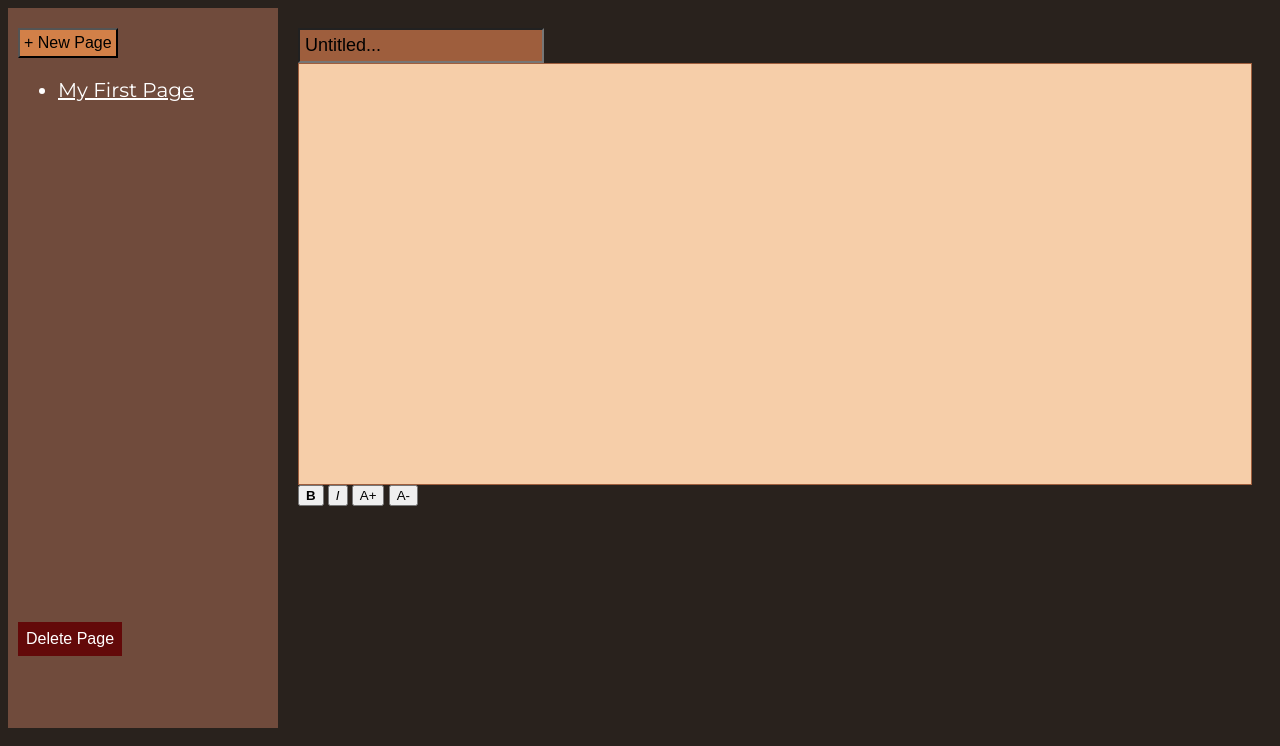
Repository: Dharshinimk-521/notes-app
Page: index.html
An editor plug-in stored every save of this project. The page is shown before and after the next save, followed by the edit.
The browser window is 1280 px wide. The pictures show the whole page.

Above is the page before, as saved 2026-04-18 22:36:28.

### index.html
<!DOCTYPE html>
<html lang="en">
    <head>
        <meta charset="UTF-8">
        <meta name="viewport" content="width=device-width, initial-scale=1.0">
        <title>Notes App</title>
        <link rel="stylesheet" href="style.css">
        <link rel="preconnect" href="https://fonts.googleapis.com">
        <link rel="preconnect" href="https://fonts.gstatic.com" crossorigin>
        <link href="https://fonts.googleapis.com/css2?family=Montserrat:ital,wght@0,100..900;1,100..900&display=swap" rel="stylesheet">
        <script src="app.js" defer></script>
    </head>
    <body>
    <div class="app">

        <aside class="sidebar">
        <button id="newPageBtn">+ New Page</button>
        <ul id="pageList"></ul>
        <button id="deletePageBtn"> Delete Page</button>
        </aside>

        <main class="editor">
            <input id="pageTitle" placeholder="Untitled..." />
            <div id="editorArea" contenteditable="true"></div>
            <div class="tool-bar">
                <button onclick ="formatText('bold')"><b>B</b></button>
                <button onclick ="formatText('italic')"><i>I</i></button>
                <button onclick ="changeFontSize(1)">A+</button>
                <button onclick ="chnageFontSize(-1)">A-</button>
            </div>
        </main>

    </div>


    </body>
</html>

### style.css
body{
    font-family:'Montserrat',sans-serif;
    background-color: #29221D;
}
.app {
  margin: 0;
  display: flex;
  height: 100vh;

}

.sidebar {
  width: 250px;
  background: #704B3C;
  padding: 10px;
}

.editor {
  flex: 1;
  padding: 20px;
}

#editorArea {
  min-height: 400px;
  background-color: #F6CEA9;
  border: 1px solid #9E5E3D;
  padding: 10px;
  font-size: 16px;
}
#newPageBtn{
 background-color: #D28048;
 padding: 4px;
 margin-top: 10px;
 cursor:pointer;
 font-size: 16px;
}
#pageTitle{
    padding:5px;
    background-color: #9E5E3D;
    color: black;
    font-size: 18px;
}
::placeholder{
    color:black;
    opacity: 1
}
#deletePageBtn {
    margin-top: 500px;
  margin-bottom: 90px;
  background: #630909;
  color: white;
  border: none;
  padding: 8px;
  cursor: pointer;
  font-size: 16px;
}
#pageList{
    text-decoration: underline;
    color:white;
    cursor: pointer;
    font-size: 20px;
}

### app.js
// Load pages from localStorage OR use default
let pages = JSON.parse(localStorage.getItem("pages")) || [
  {
    id: "123",
    title: "My First Page",
    content: "<p>Hello world</p>"
  }
];

let currentPageId = null;

// Save all pages
function savePages() {
  localStorage.setItem("pages", JSON.stringify(pages));
}

// Create new page
function createPage() {
  const newPage = {
    id: Date.now().toString(),
    title: "Untitled",
    content: ""
  };

  pages.push(newPage);
  savePages();
  renderPages();
  openPage(newPage.id);
}

// Render sidebar
function renderPages() {
  const pageList = document.getElementById("pageList");
  pageList.innerHTML = "";

  pages.forEach((page) => {
    const li = document.createElement("li");
    li.textContent = page.title;

    if (page.id === currentPageId) {
      li.style.background = "#ddd";

    }

    li.onclick = () => openPage(page.id);

    pageList.appendChild(li);
  });
}

// Open page
function openPage(id) {
    console.log("Opening page:", id);
  const page = pages.find(p => p.id === id);
  currentPageId = id;

  if (!page) return;

  document.getElementById("pageTitle").value = page.title;
  document.getElementById("editorArea").innerHTML = page.content;
}

// Auto save current page
function saveCurrentPage() {
  const page = pages.find(p => p.id === currentPageId);
  if (!page) return;

  page.title = document.getElementById("pageTitle").value;
  page.content = document.getElementById("editorArea").innerHTML;

  savePages();
}
//del func
function deleteCurrentPage() {
  if (!currentPageId) return;

  const confirmDelete = confirm("Delete this page?");
  if (!confirmDelete) return;

  pages = pages.filter(p => p.id !== currentPageId);

  savePages();
  renderPages();

  if (pages.length > 0) {
    openPage(pages[0].id);
  } else {
    currentPageId = null;
    document.getElementById("pageTitle").value = "";
    document.getElementById("editorArea").innerHTML = "";
  }
}
// Event listeners
document.getElementById("newPageBtn").onclick = createPage;
document.getElementById("editorArea").addEventListener("input", saveCurrentPage);
document.getElementById("pageTitle").addEventListener("input", saveCurrentPage);
document.getElementById("deletePageBtn").onclick = deleteCurrentPage;
// Initial render
renderPages();

After the next save:
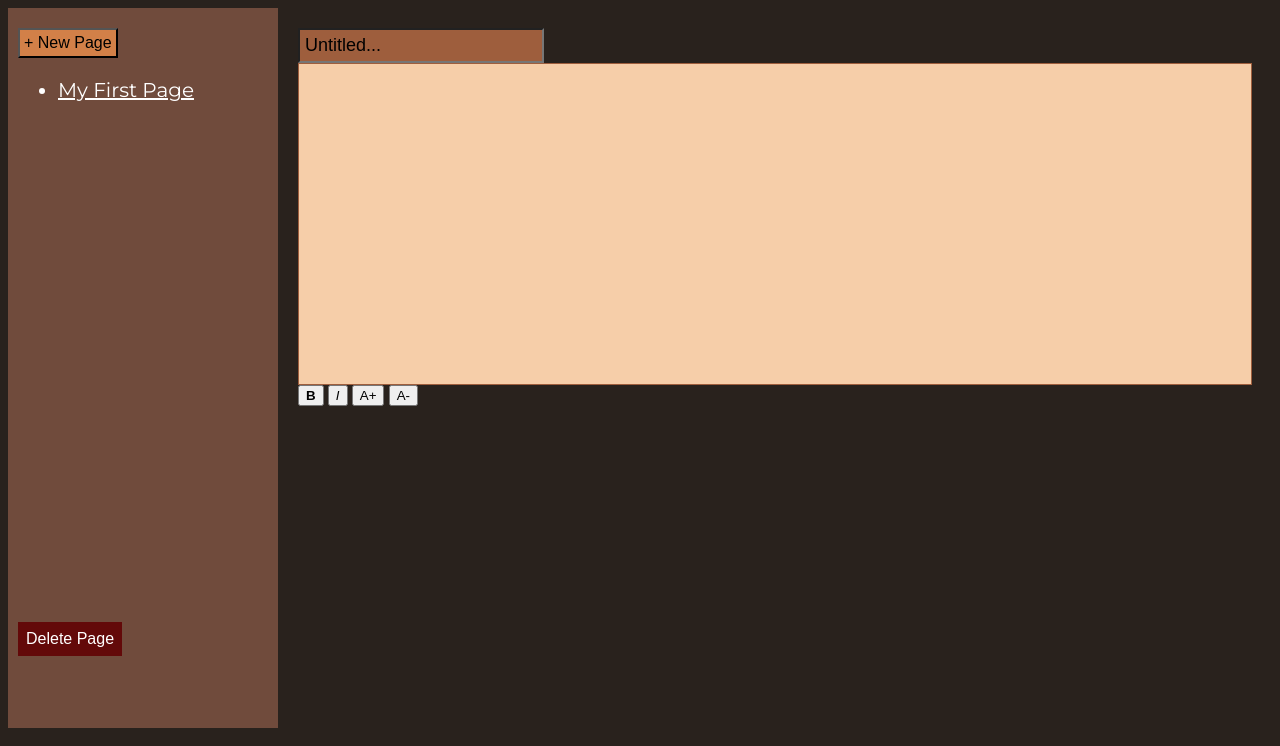
Saved 18 s later.
--- a/style.css
+++ b/style.css
@@ -60,3 +60,26 @@ body{
     cursor: pointer;
     font-size: 20px;
 }
+.editor-container {
+  border: 1px solid #ddd;
+  border-radius: 8px;
+  overflow: hidden;
+}
+
+.toolbar {
+  background: #f5f5f5;
+  padding: 8px;
+  border-bottom: 1px solid #ddd;
+}
+
+.toolbar button {
+  margin-right: 5px;
+  padding: 5px 8px;
+  cursor: pointer;
+}
+
+#editorArea {
+  min-height: 300px;
+  padding: 10px;
+  outline: none;
+}

After the save that followed:
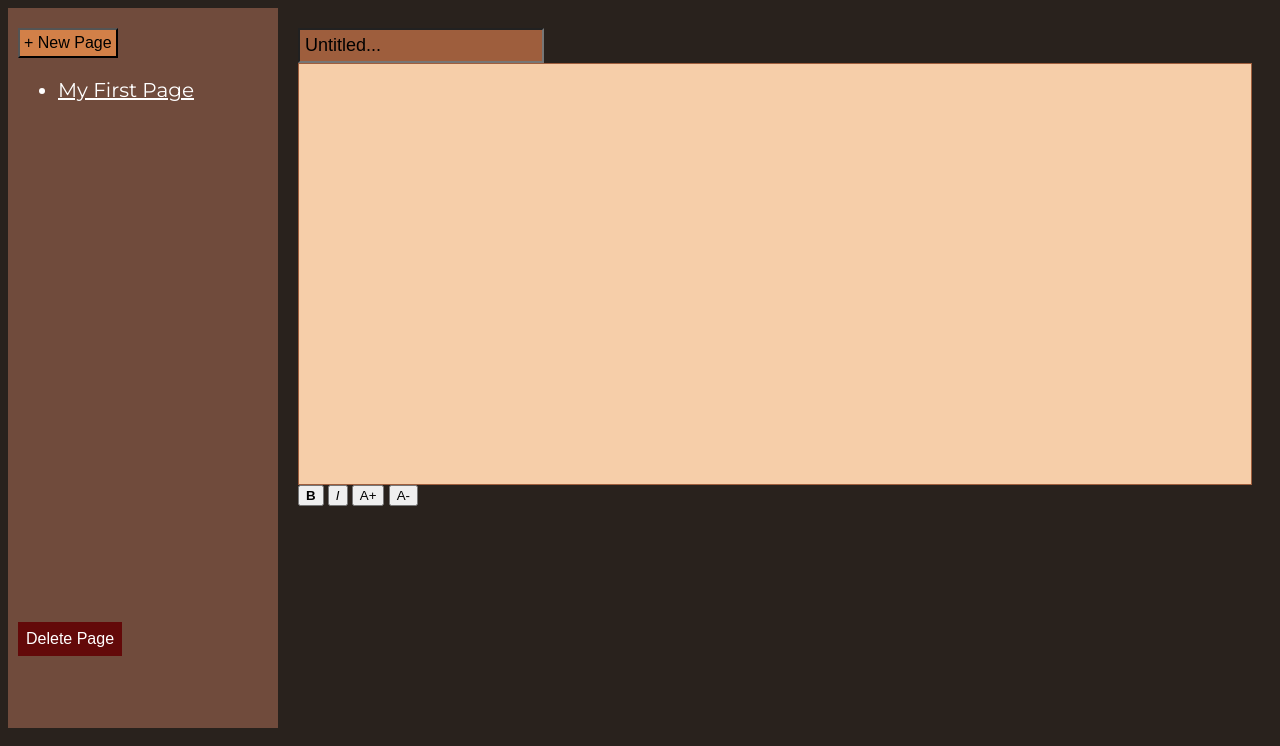
Saved 17 s later.
--- a/style.css
+++ b/style.css
@@ -77,9 +77,3 @@ body{
   padding: 5px 8px;
   cursor: pointer;
 }
-
-#editorArea {
-  min-height: 300px;
-  padding: 10px;
-  outline: none;
-}
